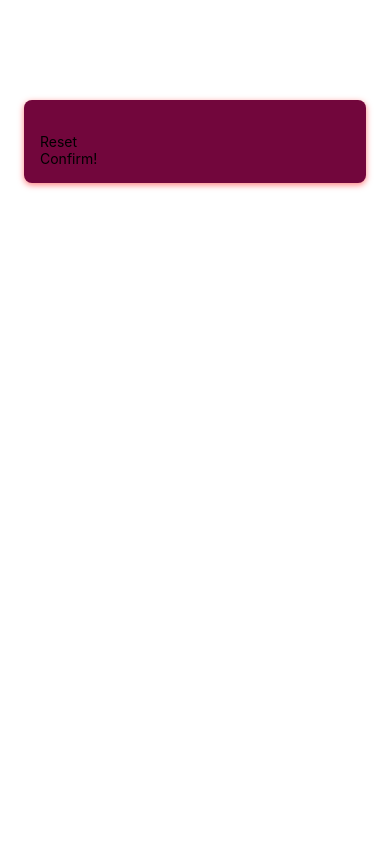
Repository: SyLe-Van/Number-Guessing-Game
Screen: /
The author's editor kept a copy of each file at every save. The screen is drawn from the files as they stood at one save, then again after the next save.
The app was drawn by React Native's web renderer in a window 390 px wide. The project was rebuilt for these pictures with package versions that can differ from the ones it lists, and the page was loaded fresh each time.

Above is the screen before, as saved 2024-02-01 23:08:05.

After the next save:
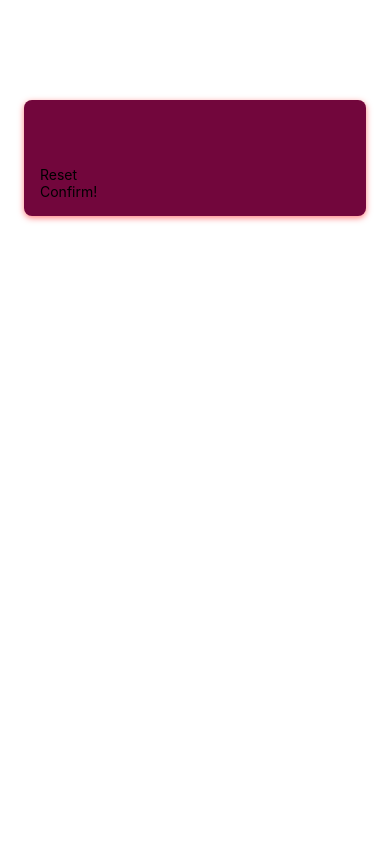
Saved 14 min 33 s later.
--- a/screens/StartGameScreen.js
+++ b/screens/StartGameScreen.js
@@ -3,7 +3,7 @@ import PrimaryButton from "../components/PrimaryButton";
 function StartGameScreen() {
   return (
     <View style={styles.inputContainer}>
-      <TextInput />
+      <TextInput style={styles.numberInput} />
       <PrimaryButton>Reset</PrimaryButton>
       <PrimaryButton>Confirm!</PrimaryButton>
     </View>
@@ -21,5 +21,8 @@ const styles = StyleSheet.create({
     shadowRadius: 6,
     shadowOpacity: 0.5,
   },
+  numberInput: {
+    height: 50,
+  },
 });
 export default StartGameScreen;
